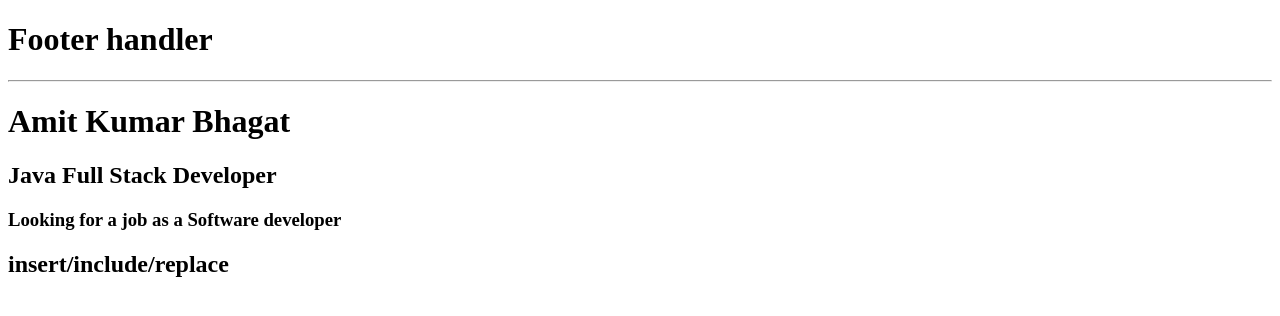
Repository: AmitKumarBhagat1/Spring-SpringBoot
Page: http://localhost/service
An editor plug-in stored every save of this project. The page is shown before and after the next save, followed by the edit.
The browser window is 1280 px wide. The pictures show the whole page.
The page is this project's Thymeleaf template; nobody is signed in. The template is opened directly, without the code that normally fills it, so the values that code supplies are empty.

Above is the page before, as saved 2024-07-01 18:19:18.

### thymeleaf/src/main/resources/templates/service.html
<!doctype html>
<html lang="en" xmlns:th="http://www.thymeleaf.org">
<head>
	<meta charset="UTF-8" />
	<title>footer</title>
</head>
<body>
	<h1>Footer handler</h1>
	<!-- adding footer using footer fragment -->
	<footer id="hostTag" th:include="footer::footer1"></footer>
	<h2>insert/include/replace</h2>
</body>
</html>

### thymeleaf/src/main/resources/templates/footer.html
<!DOCTYPE html>
<html lang="en" xmlns:th="http://www.thymeleaf.org">
<head>
<meta charset="UTF-8">
<title>Footer template</title>
</head>
<body>
	<footer id="fragmentTag" th:fragment="footer1">
	<div class="container">
		<hr><h1>Amit Kumar Bhagat</h1>
		<h2>Java Full Stack Developer</h2>
		<h3>Looking for a job as a Software developer</h3>
	</div>

	</footer>
</body>
</html>

After the next save:
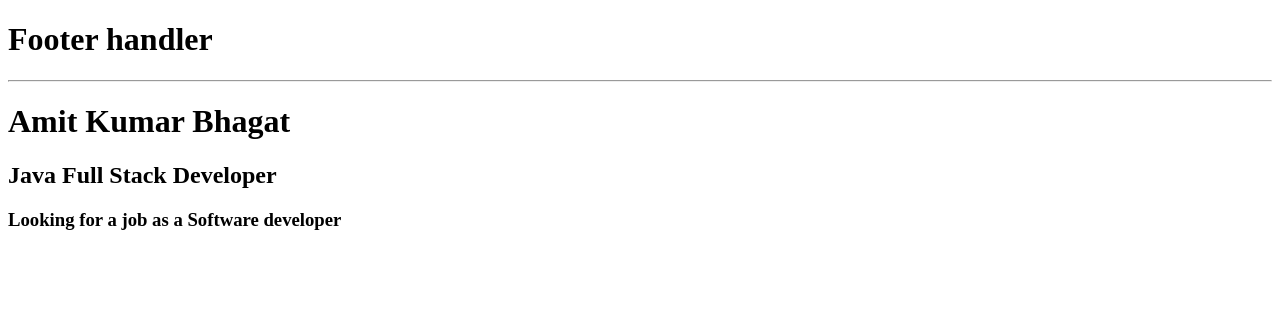
Saved 15 s later.
--- a/thymeleaf/src/main/resources/templates/service.html
+++ b/thymeleaf/src/main/resources/templates/service.html
@@ -7,7 +7,8 @@
 <body>
 	<h1>Footer handler</h1>
 	<!-- adding footer using footer fragment -->
-	<footer id="hostTag" th:include="footer::footer1"></footer>
+	<footer id="hostTag" th:include="footer::footer1">
 	<h2>insert/include/replace</h2>
+	</footer>
 </body>
 </html>
